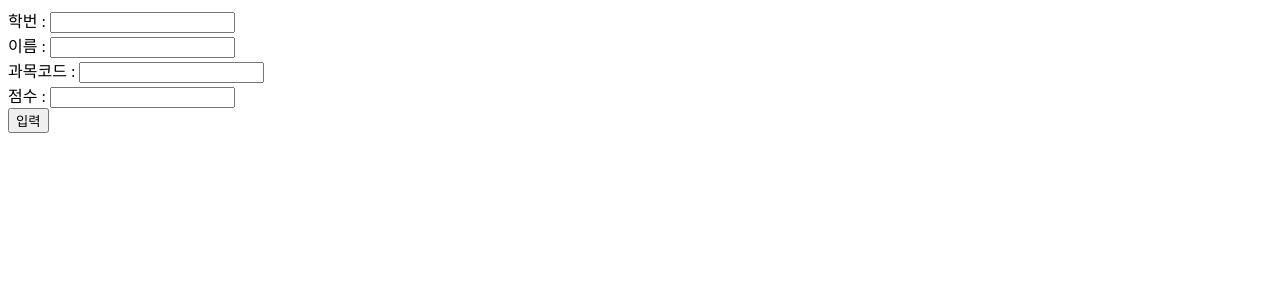
Repository: GitOnibi/jsp
Page: http://localhost/JSPprojec/school/sore_input2.jsp
An editor plug-in stored every save of this project. The page is shown before and after the next save, followed by the edit.
The browser window is 1280 px wide. The pictures show the whole page.
The page is served by Tomcat 9. Queries for data that is not in the repository find no rows.

Above is the page before, as saved 2019-01-09 11:20:51.

After the next save:
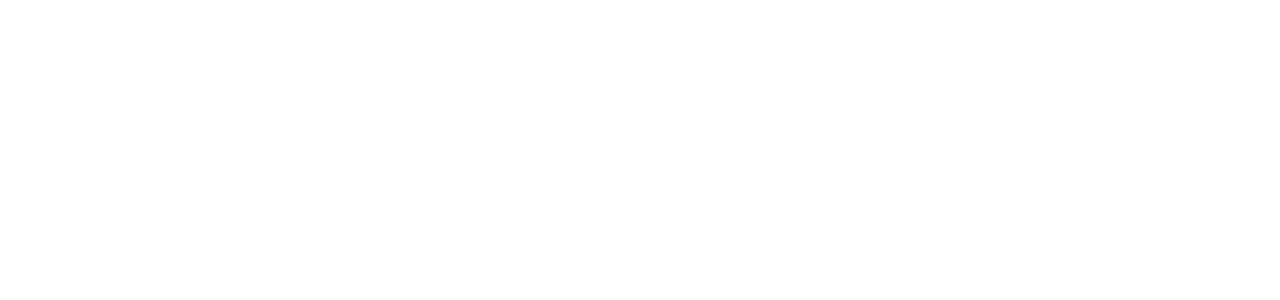
Saved 9 s later.
--- a/JSPprojec/WebContent/school/sore_input2.jsp
+++ b/JSPprojec/WebContent/school/sore_input2.jsp
@@ -12,15 +12,14 @@
 <title>Insert title here</title>
 </head>
 <body>
-<c:forEach items="${ rs.rows }" var="row" varStatus="stat">
-
-</c:forEach>
-	<form action="score_check.jsp" method="GET">
-		학번 : <input type="number" name="stu_num" id="stu_num" value="${ param.stu_num }"/><br />
-		이름 : <input type="text" name="stu_name" id="stu_name"/><br />
-		과목코드 : <input type="text" name="dep_code" id="dep_code"/><br />
-		점수 : <input type="number" name="dep_score" id="dep_score"/><br />
-		<input type="submit" value="입력"/>
-	</form>
+	<c:forEach items="${ rs.rows }" var="row" varStatus="stat">
+		<form action="score_check.jsp" method="GET">
+			학번 : <input type="number" name="stu_num" id="stu_num" value="${ param.stu_num }"/><br />
+			이름 : <input type="text" name="stu_name" id="stu_name"/><br />
+			과목코드 : <input type="text" name="dep_code" id="dep_code"/><br />
+			점수 : <input type="number" name="dep_score" id="dep_score"/><br />
+			<input type="submit" value="입력"/>
+		</form>
+	</c:forEach>
 </body>
 </html>

After the 4 saves that followed:
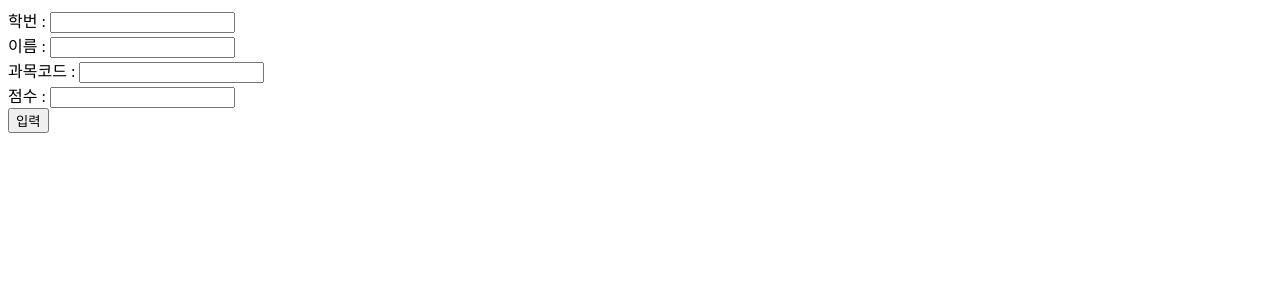
The 4 saves are shown as one change because 3 left the picture as it was.
The last was saved 70 s later.
--- a/JSPprojec/WebContent/school/sore_input2.jsp
+++ b/JSPprojec/WebContent/school/sore_input2.jsp
@@ -12,14 +12,12 @@
 <title>Insert title here</title>
 </head>
 <body>
-	<c:forEach items="${ rs.rows }" var="row" varStatus="stat">
-		<form action="score_check.jsp" method="GET">
-			학번 : <input type="number" name="stu_num" id="stu_num" value="${ param.stu_num }"/><br />
-			이름 : <input type="text" name="stu_name" id="stu_name"/><br />
-			과목코드 : <input type="text" name="dep_code" id="dep_code"/><br />
-			점수 : <input type="number" name="dep_score" id="dep_score"/><br />
-			<input type="submit" value="입력"/>
-		</form>
-	</c:forEach>
+	<form action="score_check.jsp" method="GET">
+		학번 : <input type="number" name="stu_num" id="stu_num" value="${ param.stu_num }"/><br />
+		이름 : <input type="text" name="stu_name" id="stu_name"/><br />
+		과목코드 : <input type="text" name="dep_code" id="dep_code"/><br />
+		점수 : <input type="number" name="dep_score" id="dep_score"/><br />
+		<input type="submit" value="입력"/>
+	</form>
 </body>
 </html>
